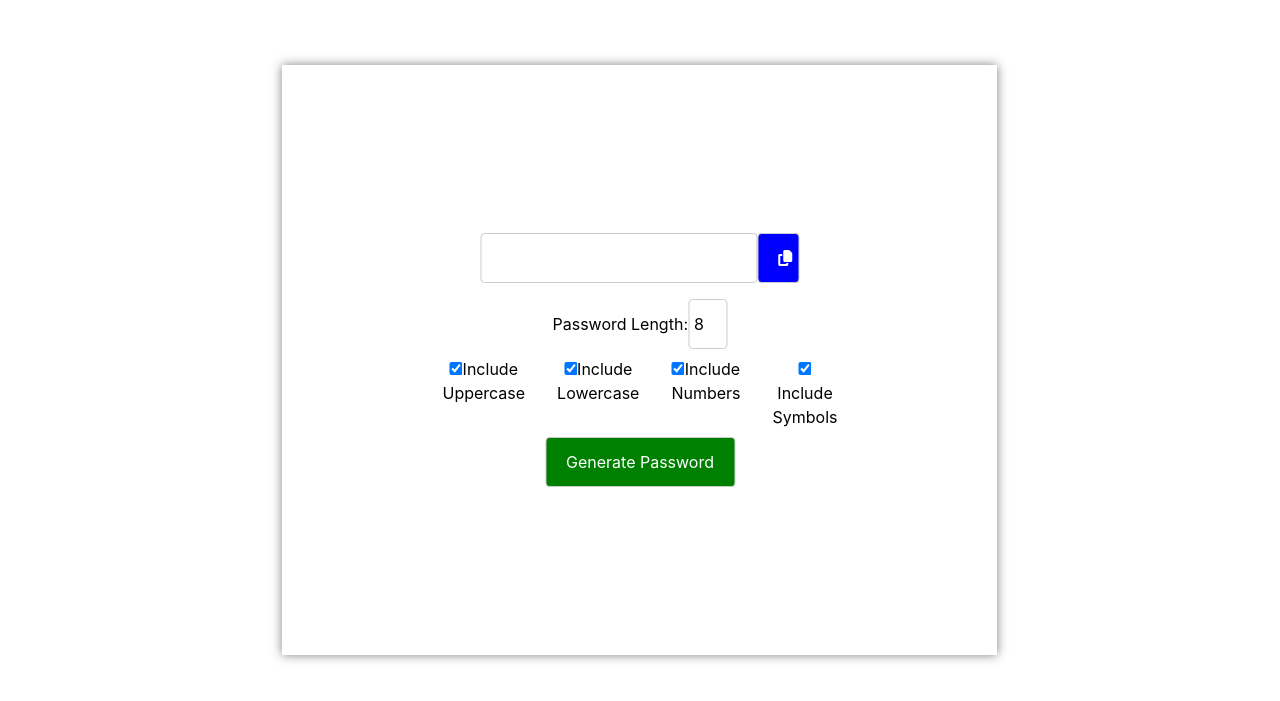
Repository: sriram1224/Password-generator
Page: / (app in password-generator/)
These files come from the project's save history. The page is drawn as it stood at one moment and after the next save; the edit follows.
The browser window is 1280 px wide. The pictures show the whole page.
Some web libraries are served in a nearby version. The project was rebuilt for these pictures with package versions that can differ from the ones it lists, and the page was loaded fresh each time.

Above is the page before, as saved 2024-03-10 21:52:35.

### password-generator/public/index.html
<!DOCTYPE html>
<html lang="en">

<head>
  <meta charset="utf-8" />
  <link rel="icon" href="%PUBLIC_URL%/favicon.ico" />
  <meta name="viewport" content="width=device-width, initial-scale=1" />
  <meta name="theme-color" content="#000000" />
  <meta name="description" content="Web site created using create-react-app" />

  <link rel="apple-touch-icon" href="%PUBLIC_URL%/logo192.png" />
  <link rel="stylesheet" href="https://cdnjs.cloudflare.com/ajax/libs/font-awesome/6.5.1/css/all.min.css"
    integrity="sha512-DTOQO9RWCH3ppGqcWaEA1BIZOC6xxalwEsw9c2QQeAIftl+Vegovlnee1c9QX4TctnWMn13TZye+giMm8e2LwA=="
    crossorigin="anonymous" referrerpolicy="no-referrer" />
  <link rel="manifest" href="%PUBLIC_URL%/manifest.json" />

  <title>React App</title>
</head>

<body>
  <noscript>You need to enable JavaScript to run this app.</noscript>
  <div id="root"></div>
  <script src="https://cdn.tailwindcss.com"></script>
</body>

</html>

### password-generator/src/App.js
import PasswordGenerator from './Components/content.js';
import './App.css';

function App() {
  return (
    <div className="App">
       <PasswordGenerator />

    </div>
  );
}

export default App;

### password-generator/src/Components/content.js
import React, { useState } from 'react';
import "./content.css"
const PasswordGenerator = () => {
  const [includeUppercase, setIncludeUppercase] = useState(true);

    const [includeLowercase, setIncludeLowercase] = useState(true);
  const [includeNumbers, setIncludeNumbers] = useState(true);

    const [includeSymbols, setIncludeSymbols] = useState(true);
  const [password, setPassword] = useState('');
  const [passwordLength, setPasswordLength] = useState(8);

  const generatePassword = () => {


      const uppercaseChars = 'ABCDEFGHIJKLMNOPQRSTUVWXYZ';
    const lowercaseChars = 'abcdefghijklmnopqrstuvwxyz';
    const numberChars = '0123456789';

      const symbolChars = '!@#$%^&*()_+-=[]{}|;:,.<>?';

    let chars = '';
    if (includeUppercase) chars += uppercaseChars;

      if (includeLowercase) chars += lowercaseChars;
    if (includeNumbers) chars += numberChars;

      if (includeSymbols) chars += symbolChars;

    let generatedPassword = '';

      for (let i = 0; i < passwordLength; i++) {
      const randomIndex = Math.floor(Math.random() * chars.length);
      generatedPassword += chars[randomIndex];
    }

      setPassword(generatedPassword);
  };

  const copyToClipboard = () => {
    navigator.clipboard.writeText(password);
  };

  return (
    <div class="main">


      <div>
        <input type="text" readOnly value={password} class="text-input"	 />
        <button onClick={copyToClipboard} class="copy"><i class="fa-solid fa-copy"></i></button>
          </div>
          <div>
        <label>
          Password Length:
          <input type="number" value={passwordLength} class="input-numbers" onChange={(e) => setPasswordLength(parseInt(e.target.value))} />
        </label>
          </div>
          <div class="checkboxed">
               <div>
        <label>
          <input type="checkbox" checked={includeUppercase} onChange={() => setIncludeUppercase(!includeUppercase)} />
          Include Uppercase
        </label>
      </div>
      <div>
        <label>
          <input type="checkbox" checked={includeLowercase} onChange={() => setIncludeLowercase(!includeLowercase)} />
          Include Lowercase
        </label>
      </div>
      <div>
        <label>
          <input type="checkbox" checked={includeNumbers} onChange={() => setIncludeNumbers(!includeNumbers)} />
          Include Numbers
        </label>
      </div>
      <div>
        <label>
          <input type="checkbox" checked={includeSymbols} onChange={() => setIncludeSymbols(!includeSymbols)} />
          Include Symbols
        </label>
              </div>
            </div>

          <button onClick={generatePassword} class="generate">Generate Password</button>
    </div>
  );
};

export default PasswordGenerator;

### password-generator/src/Components/content.css
.text-input{
    width: 70%;
    padding: 12px 20px;
    margin: 8px 0;
    display: inline-block;
    border: 1px solid #ccc;
    border-radius: 4px;
    box-sizing: border-box;
}
.copy{
    width: 10%;
    padding: 12px 20px;
    margin: 8px 0;
    display: inline-block;
    border: 1px solid #ccc;
    border-radius: 4px;
    box-sizing: border-box;
    background-color: blue;
    color: white;
}
.checkboxed{
    display: flex;
    gap: 2rem;
}
.generate{

    padding: 12px 20px;
    margin: 8px 0;
    display: inline-block;
    border: 1px solid #ccc;
    border-radius: 4px;
    box-sizing: border-box;
    background-color: green;
    color: white;
}
.input-numbers{
    width: 10%;
    padding: 12px 5px;
    margin: 8px 0;
    display: inline-block;
    border: 1px solid #ccc;
    border-radius: 4px;
    box-sizing: border-box;
}
@media screen and (max-width: 1100px) {


    .generate,
    .input-numbers {
        width: 100%;
    }

    .checkboxed {
        flex-direction: column;
        gap: 1rem;
    }
}
.main {
    padding: 10rem;
    box-shadow: 0px 0px 10px rgba(0, 0, 0, 0.5);
    /* Adjust as needed */
    position: absolute;
    top: 50%;
    left: 50%;
    transform: translate(-50%, -50%);
    /* Add width and height if necessary */
}

Loaded but not shown: password-generator/src/index.js (common file); password-generator/src/index.css (common file); password-generator/src/reportWebVitals.js (common file); password-generator/src/App.css (common file)

After the next save:
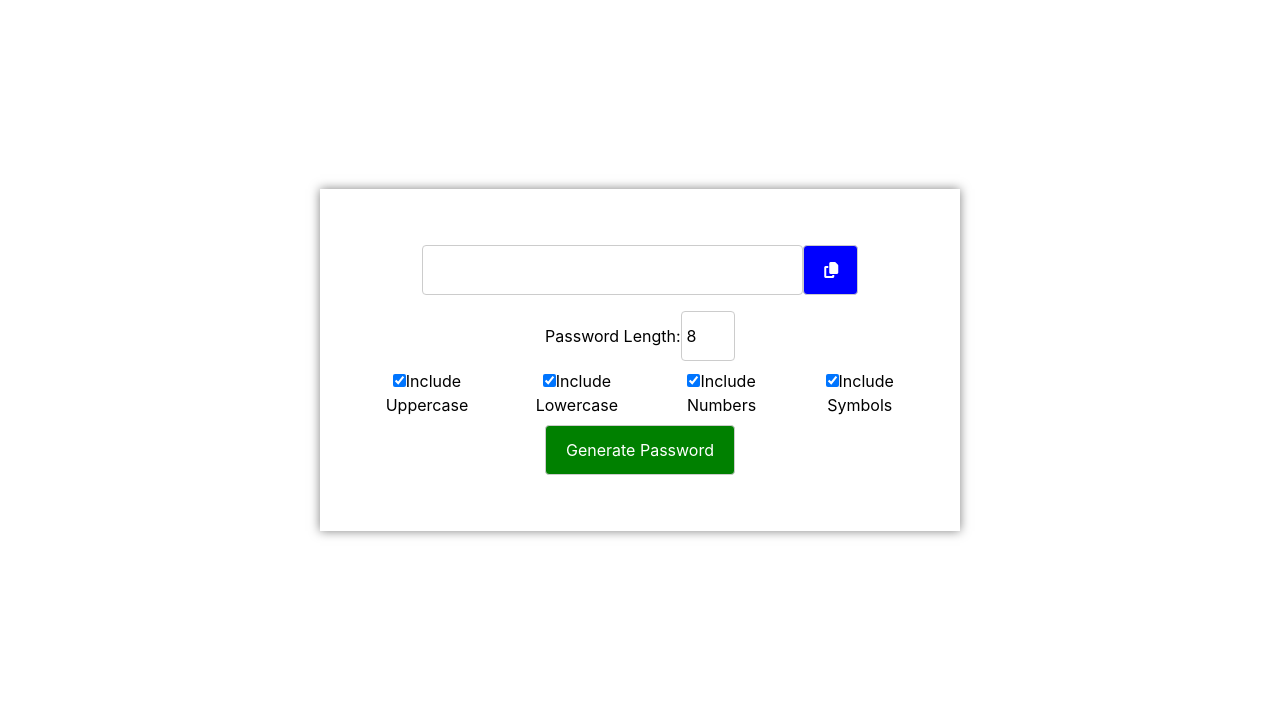
Saved 12 s later.
--- a/password-generator/src/Components/content.css
+++ b/password-generator/src/Components/content.css
@@ -56,7 +56,7 @@
     }
 }
 .main {
-    padding: 10rem;
+    padding: 3rem;
     box-shadow: 0px 0px 10px rgba(0, 0, 0, 0.5);
     /* Adjust as needed */
     position: absolute;
